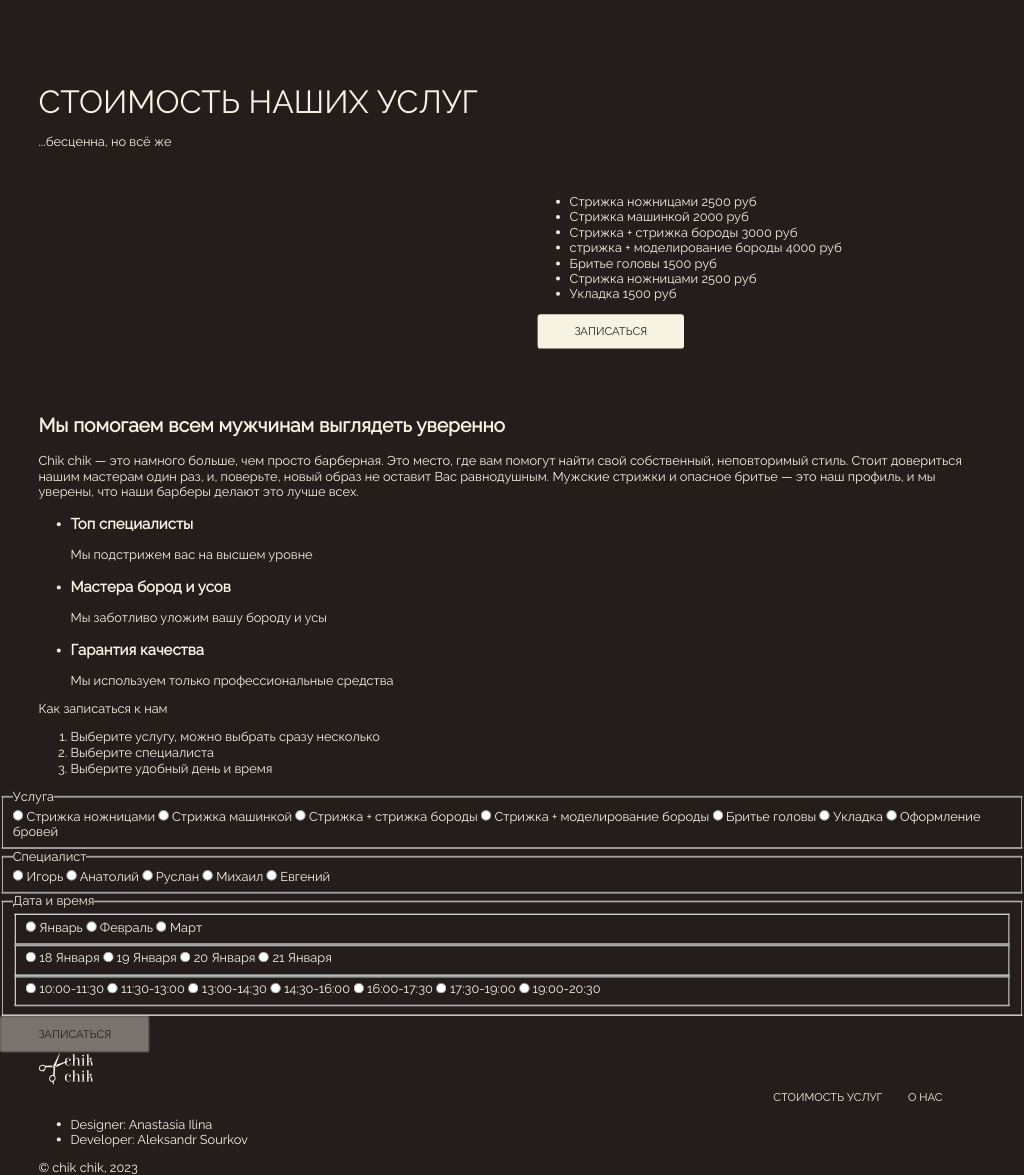
Repository: alexboagreek/chick-chick
Page: index.html
The author's editor kept a copy of each file at every save. The page is drawn from the files as they stood at one save, then again after a run of saves.
The browser window is 1280 px wide. The pictures show the part of the page from y = 646 to 2115 px (the page is 2115 px tall), at 80% of full size.
A picture or video elsewhere on the page could not be fetched, so the positions and the page height are approximate.

Above is the page before, as saved 2023-01-18 17:27:48.

After the next 5 saves:
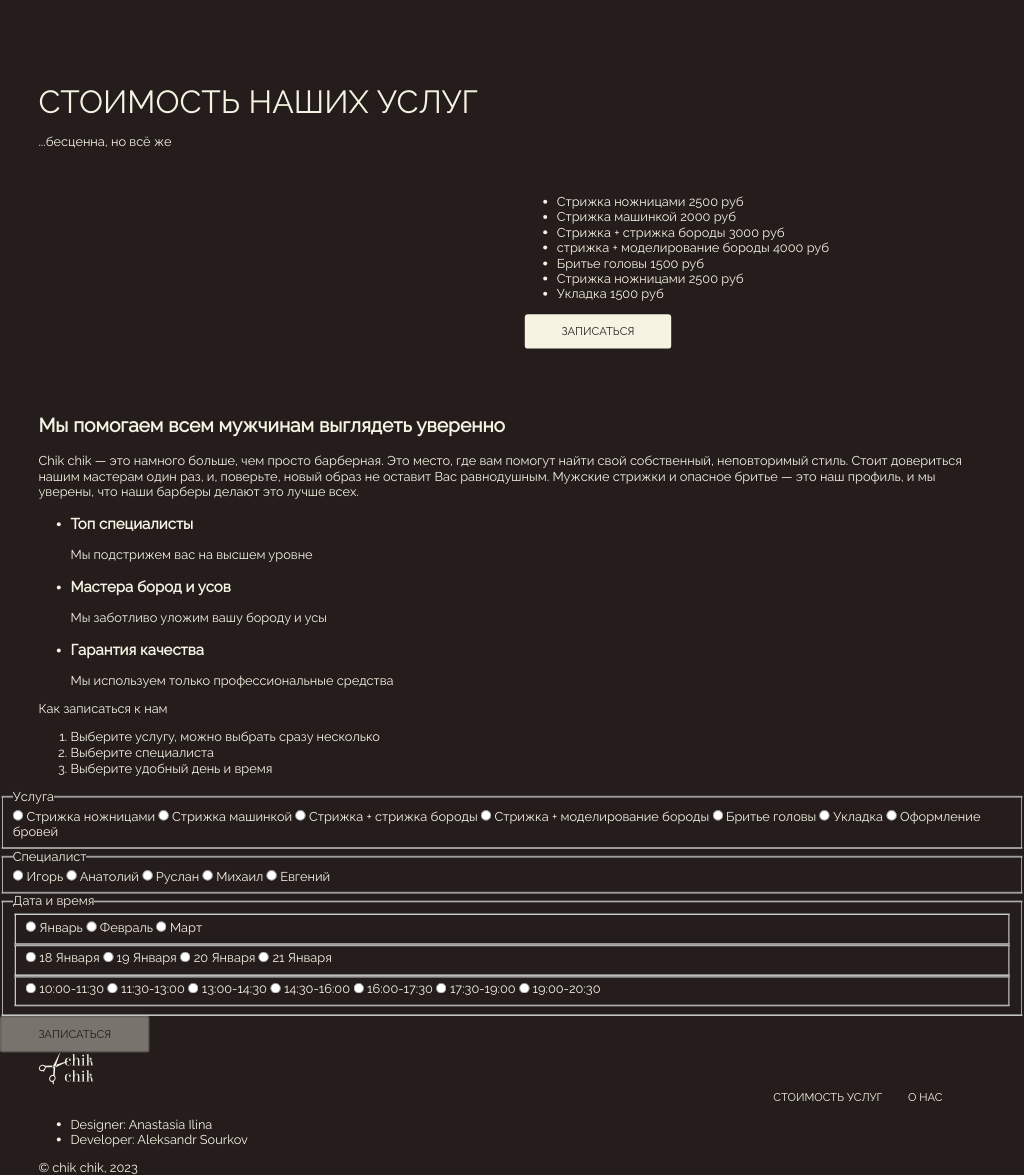
The 5 saves are shown as one change because they came seconds apart.
The last was saved 13 s later.
--- a/styles/price.css
+++ b/styles/price.css
@@ -23,7 +23,9 @@
     flex-basis: 50%;
 }
 
-.pri
+.price__content {
+    flex-basis: 50%;
+}
 
 @media (max-width: 768px) {
     .price {
